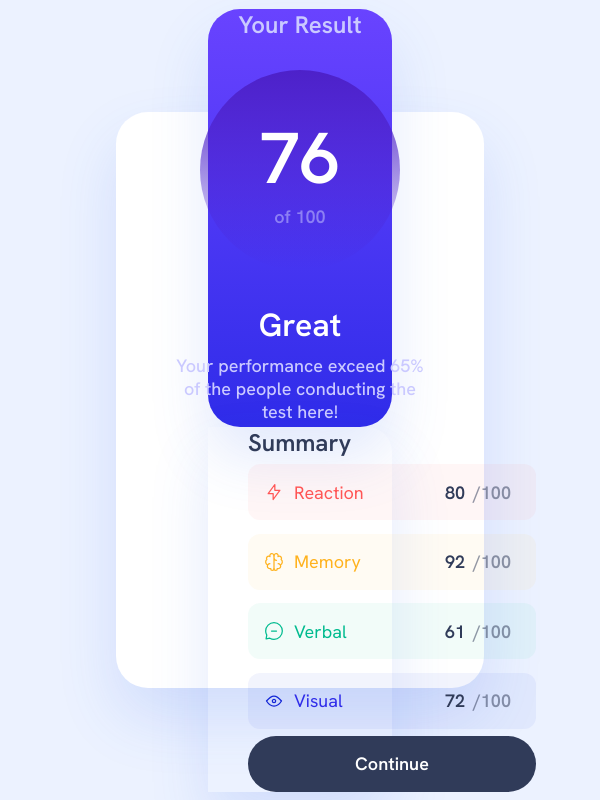
Repository: KamoliddinGIT/result-summary
Page: index.html
These files come from the project's save history. The page is drawn as it stood at one moment and after the next save; the edit follows.
The browser window is 600 px wide. The pictures show the whole page.

Above is the page before, as saved 2023-09-08 16:44:17.

### index.html
<!DOCTYPE html>
<html lang="en">
  <head>
    <meta charset="UTF-8" />
    <meta name="viewport" content="width=device-width, initial-scale=1.0" />
    <link
      rel="icon"
      type="image/png"
      sizes="32x32"
      href="./assets/images/favicon-32x32.png"
    />
    <link rel="stylesheet" href="css/style.css" />
    <link rel="preconnect" href="https://fonts.googleapis.com" />
    <link rel="preconnect" href="https://fonts.gstatic.com" crossorigin />
    <link
      href="https://fonts.googleapis.com/css2?family=Hanken+Grotesk:wght@400;500;600&display=swap"
      rel="stylesheet"
    />
    <title>Results summary component</title>
  </head>
  <body>
    <div class="container">
      <div class="result-box">
        <h1 class="result__heading">Your Result</h1>
        <div class="result__score">
          <h1>76</h1>
          <span>of 100</span>
        </div>
        <div class="result__comment">
          <h1>Great</h1>
          <p>
            Your performance exceed 65% of the people conducting the test here!
          </p>
        </div>
      </div>
      <div class="summary-box">
        <h1 class="summary__title">Summary</h1>
        <div class="summary__stats">
          <li class="summary__stats__item__1">
            <img src="./assets/images/icon-reaction.svg" alt="logo" />
            <h2>Reaction</h2>
            <h3>80<span>/100</span></h3>
          </li>
          <li class="summary__stats__item__2">
            <img src="./assets/images/icon-memory.svg" alt="logo" />
            <h2>Memory</h2>
            <h3>92<span>/100</span></h3>
          </li>
          <li class="summary__stats__item__3">
            <img src="./assets/images/icon-verbal.svg" alt="logo" />
            <h2>Verbal</h2>
            <h3>61<span>/100</span></h3>
          </li>
          <li class="summary__stats__item__4">
            <img src="/assets/images/icon-visual.svg" alt="logo" />
            <h2>Visual</h2>
            <h3>72<span>/100</span></h3>
          </li>
        </div>
        <a href="#" class="summary__btn"> Continue </a>
      </div>
    </div>

    <script src="js/index.js"></script>
  </body>
</html>

### css/style.css
* {
  margin: 0;
  padding: 0;
  box-sizing: border-box;
}

body {
  display: flex;
  flex-direction: column;
  justify-content: center;
  align-items: center;
  height: 100vh;
  padding: 0;
  margin: 0;
  font-family: "Hanken Grotesk", "Arial", sans-serif;
  font-size: 18px;
  font-weight: 500;
  line-height: normal;
  background-color: #ecf2ff;
  color: #303b59;
}

.container {
  width: 47%;
  max-width: 1200px;
  display: flex;
  justify-content: center;
  align-items: center;
  height: 72%;
  background-color: #ffffff;
  box-shadow: 0px 30px 60px 0px rgba(61, 108, 236, 0.15);
  border-radius: 32px;
}

.result-box {
  width: 50%;
  max-width: 368px;
  height: 100%;
  border-radius: 32px;
  box-shadow: 0px 30px 60px 0px rgba(61, 108, 236, 0.15);
  background-image: linear-gradient(
    180deg,
    #75f 0%,
    #6943ff 0.01%,
    #2f2ce9 100%
  );
  color: #cac9ff;
  box-shadow: 0px 30px 60px 0px rgba(61, 108, 236, 0.15);
  display: flex;

  flex-direction: column;
  align-items: center;
  justify-content: center;
  font-family: "Hanken Grotesk", "Arial", sans-serif;
  gap: 30px;
}

.summary-box {
  display: flex;
  flex-direction: column;
  align-items: start;
  padding-left: 40px;
  justify-content: space-evenly;
  width: 50%;
  height: 100%;
  border-radius: 0 25px 25px 0;
  box-shadow: 0px 30px 60px 0px rgba(61, 108, 236, 0.15);
}

.result__heading {
  font-size: 24px;
}

.result__score {
  display: flex;
  flex-direction: column;
  justify-content: center;
  align-items: center;
  width: 200px;
  height: 200px;
  border-radius: 50%;
  background-image: linear-gradient(
    180deg,
    #4d21c9 0%,
    rgba(37, 33, 201, 0) 100%,
    rgba(37, 33, 201, 0) 100%
  );
}

.result__score h1 {
  font-size: 72px;
  color: #ffffff;
}

.result__score span {
  color: #cac9ff;
  font-weight: 700;
  opacity: 0.5168;
  font-size: 18px;
}

.result__comment {
  display: flex;
  justify-content: space-around;
  align-items: center;
  flex-direction: column;
  text-align: center;
  width: 260px;
  height: 127px;
}

.result__comment h1 {
  font-size: 32px;
  color: #ffffff;
}

.result__comment p {
  font-size: 18px;
  color: #cac9ff;
  font-weight: 500;
  line-height: normal;
}

.summary__title {
  color: #303b59;
  font-size: 24px;
  font-weight: bold;
}

.summary__stats {
  width: 288px;
  height: 278px;
  display: flex;
  flex-direction: column;
  justify-content: space-around;
  align-items: start;
  list-style-type: none;
}

.summary__stats__item__1 {
  width: 100%;
  display: flex;
  gap: 10px;
  align-items: center;
  height: 56px;
  padding: 16px;
  background: rgba(255, 85, 85, 0.05);
  border-radius: 12px;
}

.summary__stats__item__1 h2 {
  width: 141px;
  font-size: 18px;
  color: #f55;
  font-weight: normal;
}

.summary__stats__item__1 h3 span {
  opacity: 0.5168;
  font-weight: bold;
  color: rgba(48, 59, 89, 0.5);
  font-size: 18px;
  color: #303b59;
  margin-left: 8px;
}

.summary__stats__item__1 h3 {
  color: #303b59;
  font-weight: bold;
  font-size: 18px;
}

.summary__stats__item__2 {
  width: 100%;
  display: flex;
  gap: 10px;
  align-items: center;
  height: 56px;
  padding: 16px;
  background: rgba(255, 178, 30, 0.05);
  border-radius: 12px;
}

.summary__stats__item__2 h2 {
  width: 141px;
  font-size: 18px;
  color: #ffb21e;
  font-weight: normal;
}

.summary__stats__item__2 h3 span {
  opacity: 0.5168;
  font-weight: bold;
  color: rgba(48, 59, 89, 0.5);
  font-size: 18px;
  color: #303b59;
  margin-left: 8px;
}

.summary__stats__item__2 h3 {
  color: #303b59;
  font-weight: bold;
  font-size: 18px;
}

.summary__stats__item__3 {
  width: 100%;
  display: flex;
  gap: 10px;
  align-items: center;
  height: 56px;
  padding: 16px;
  background: rgba(0, 187, 143, 0.05);
  border-radius: 12px;
}

.summary__stats__item__3 h2 {
  font-size: 18px;
  color: #00bb8f;
  font-weight: normal;
  width: 141px;
}

.summary__stats__item__3 h3 span {
  opacity: 0.5168;
  font-weight: bold;
  color: rgba(48, 59, 89, 0.5);
  font-size: 18px;
  color: #303b59;
  margin-left: 8px;
}

.summary__stats__item__3 h3 {
  color: #303b59;
  font-weight: bold;
  font-size: 18px;
}

.summary__stats__item__4 {
  width: 100%;
  display: flex;
  gap: 10px;
  align-items: center;
  height: 56px;
  padding: 16px;
  background: rgba(17, 37, 214, 0.05);
  border-radius: 12px;
}

.summary__stats__item__4 h2 {
  width: 141px;
  font-size: 18px;
  color: #2f2ce9;
  font-weight: normal;
}

.summary__stats__item__4 h3 span {
  opacity: 0.5168;
  font-weight: bold;
  color: rgba(48, 59, 89, 0.5);
  font-size: 18px;
  color: #303b59;
  margin-left: 8px;
}

.summary__stats__item__4 h3 {
  color: #303b59;
  font-weight: bold;
  font-size: 18px;
}

.summary__btn {
  width: 288px;
  height: 56px;
  border-radius: 128px;
  background: #303b59;
  display: flex;
  justify-content: center;
  align-items: center;
  text-decoration: none;
  color: white;
  font-weight: bold;
}

.summary__btn:hover {
  background: linear-gradient(180deg, #75f 0%, #6943ff 0.01%, #2f2ce9 100%);
  content: "";
  transition: opacity ease 0.3s;
}

.summary__btn:active {
  outline: 2px solid white;
  border: 2px solid white;
}

/* media */

@media only screen and (max-width: 740px) {
  .container {
    flex-direction: column;
    justify-content: center;
    align-items: center;
    width: 100%;
    max-width: 368px;
  }
}

@media only screen and (min-width: 740px) {
  .container {
    align-items: center;
  }
}

### js/index.js
"use strict";

const data = [
  {
    category: "Reaction",
    score: 80,
    icon: "img/icon-reaction.svg",
  },
  {
    category: "Memory",
    score: 92,
    icon: "img/icon-memory.svg",
  },
  {
    category: "Verbal",
    score: 61,
    icon: "img/icon-verbal.svg",
  },
  {
    category: "Visual",
    score: 72,
    icon: "img/icon-visual.svg",
  },
];

After the next save:
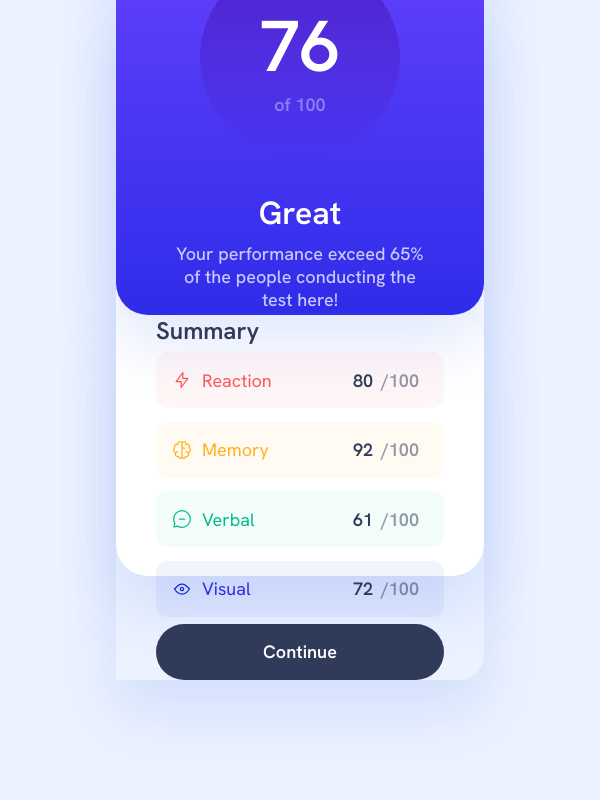
Saved 19 s later.
--- a/css/style.css
+++ b/css/style.css
@@ -296,12 +296,26 @@ body {
 /* media */
 
 @media only screen and (max-width: 740px) {
+  body {
+    justify-content: start;
+    align-items: center;
+  }
+
   .container {
     flex-direction: column;
-    justify-content: center;
-    align-items: center;
     width: 100%;
     max-width: 368px;
+  }
+
+  .result-box {
+    width: 100%;
+    max-width: 100%;
+    box-shadow: 0px 30px 60px 0px rgba(61, 108, 236, 0.15);
+  }
+
+  .summary-box {
+    width: 100%;
+    max-width: 100%;
   }
 }
 
